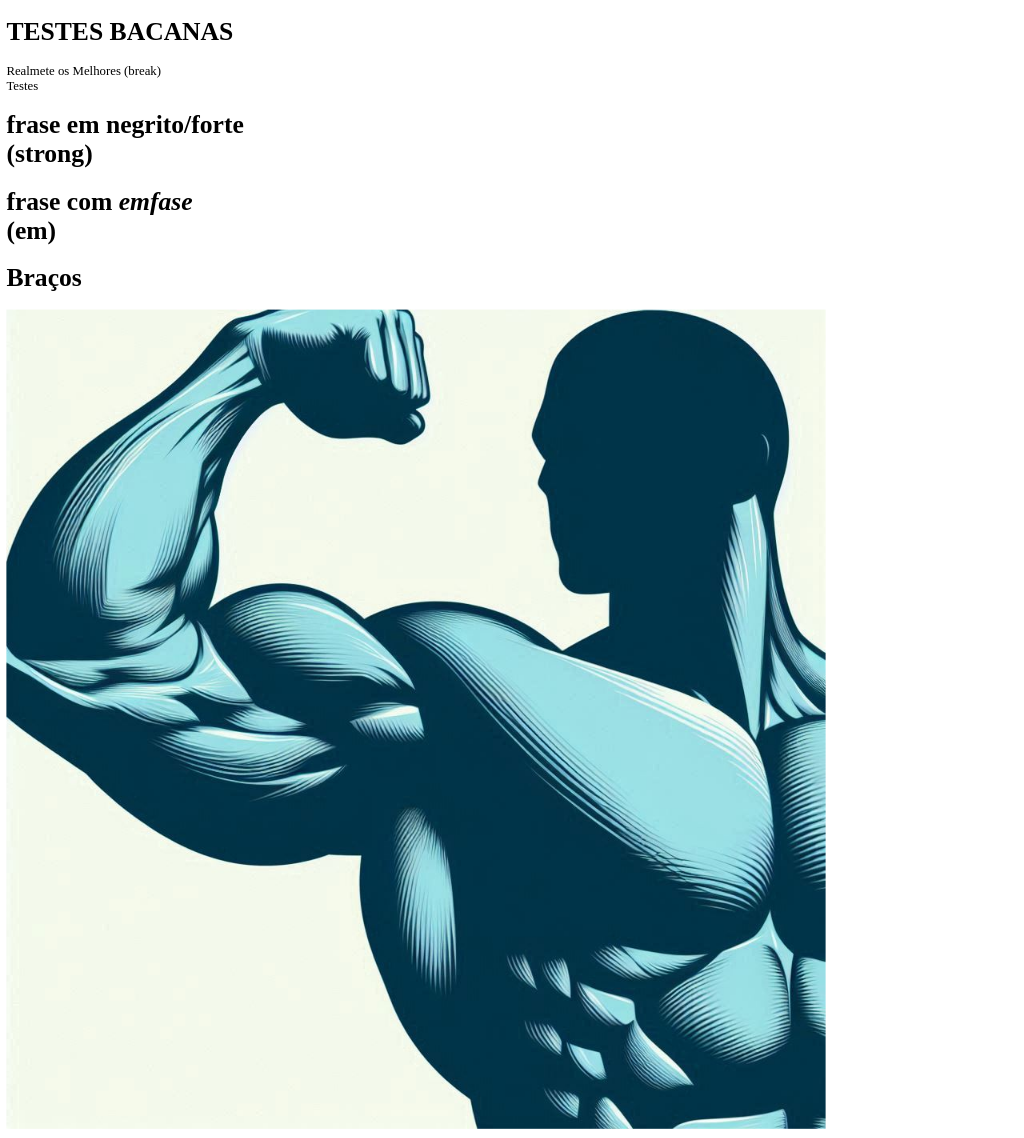
Repository: LuidyOn/Site_Forca_Total
Page: ForçaTotal/teste.html
An editor plug-in stored every save of this project. The page is shown before and after a run of saves, followed by the edit.
The browser window is 1280 px wide. The pictures show the whole page, at 80% of full size.

Above is the page before, as saved 2025-05-13 18:49:42.

After the next 4 saves:
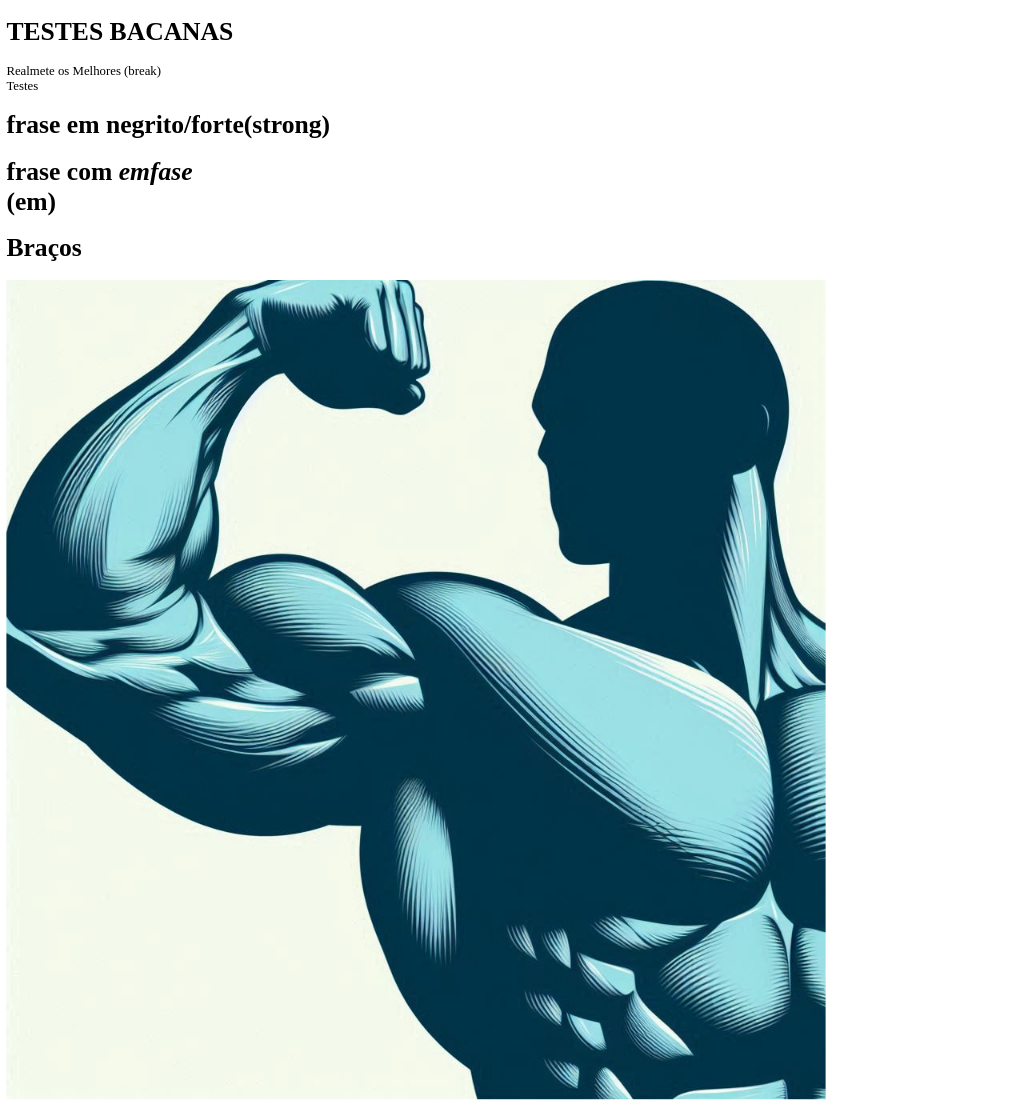
The 4 saves are shown as one change because they came seconds apart.
The last was saved 15 s later.
--- a/ForçaTotal/teste.html
+++ b/ForçaTotal/teste.html
@@ -12,7 +12,7 @@
 
   <p>Realmete os Melhores (break)<br> Testes </p>
 
-<H1>frase em <strong>negrito/forte</strong> <br>(strong) </H1>
+<H1>frase em <strong>negrito/forte</strong>(strong) </H1>
 
 <H1>frase com <em>emfase</em> <br> (em) </H1>
 
